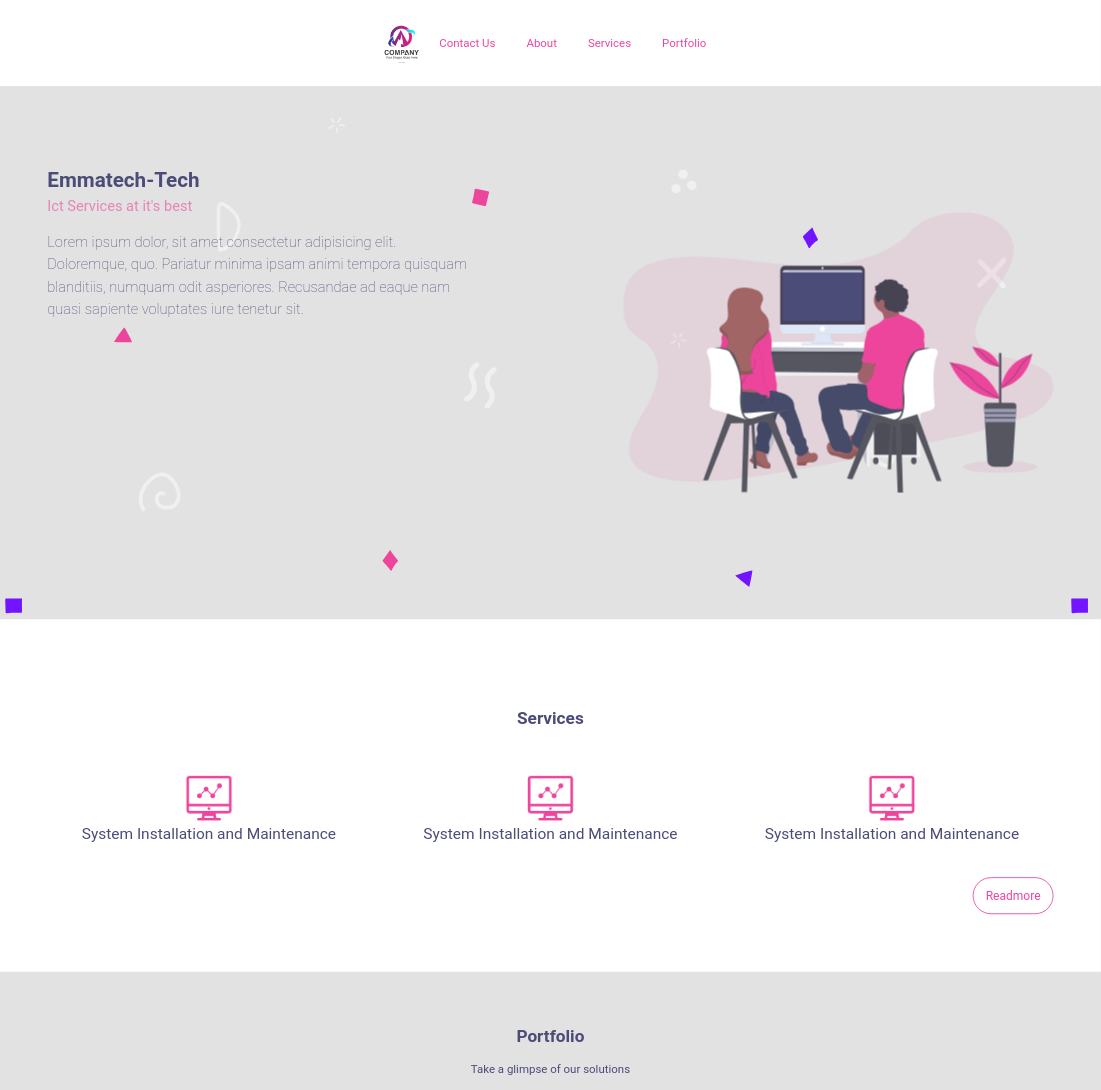
Repository: wisdomspine/emmatech-website
Page: index.html
These files come from the project's save history. The page is drawn as it stood at one moment and after the next save; the edit follows.
The browser window is 1280 px wide. The pictures show the part of the page from y = 0 to 1268 px (the page is 1582 px tall), at 86% of full size.
A picture or video elsewhere on the page could not be fetched, so the positions and the page height are approximate.

Above is the page before, as saved 2020-10-28 10:25:29.

### index.html
<!DOCTYPE html>
<html lang="en">

<head>
    <meta charset="UTF-8">
    <meta name="viewport" content="width=device-width, initial-scale=1.0 max-scale=1.0">
    <title>Emmatech ICT</title>
    <link rel="stylesheet" href="./assets/styles/styles.css">
    <link rel="stylesheet" href="./assets/styles/home-slide.css">
    <link rel="stylesheet" href="./assets/styles/index.css">
</head>

<body>
    <header class="header">
        <div class="container">
            <img src="./assets/images/logo.png" alt="">
            <nav>
                <ul>
                    <li>
                        <a href="#">Contact Us</a>
                    </li>
                    <li>
                        <a href="#">About</a>
                    </li>
                    <li>
                        <a href="#">Services</a>
                    </li>
                    <li>
                        <a href="#">Portfolio</a>
                    </li>
                </ul>
            </nav>
        </div>
    </header>

    <section class="home-slide">
        <div>
            <div class="container">
                <article>
                    <header>
                        <h1>Emmatech-Tech</h1>
                        <h2>Ict Services at it's best</h2>
                    </header>
                    <p>
                        Lorem ipsum dolor, sit amet consectetur adipisicing elit. Doloremque, quo. Pariatur minima ipsam
                        animi tempora quisquam blanditiis, numquam odit asperiores. Recusandae ad eaque nam quasi
                        sapiente voluptates iure tenetur sit.

                    </p>
                </article>
                <img src="./assets/images/slide/slide1.svg" alt="">
            </div>
        </div>
        <div>
            <div class="container">
                <article>
                    <header>
                        <h1>Emmatech-Tech</h1>
                        <h2>Ict Services at it's peak</h2>
                    </header>
                    <p>
                        Lorem ipsum dolor, sit amet consectetur adipisicing elit. Doloremque, quo. Pariatur minima ipsam
                        animi tempora quisquam blanditiis, numquam odit asperiores. Recusandae ad eaque nam quasi
                        sapiente voluptates iure tenetur sit.

                    </p>
                </article>
                <div>
                    <img src="./assets/images/slide/slide2.svg" alt="">
                </div>
            </div>
        </div>
        <div>
            <div class="container">
                <article>
                    <header>
                        <h1>Emmatech-Tech</h1>
                        <h2>Ict Services at it's great</h2>
                    </header>
                    <p>
                        Lorem ipsum dolor, sit amet consectetur adipisicing elit. Doloremque, quo. Pariatur minima ipsam
                        animi tempora quisquam blanditiis, numquam odit asperiores. Recusandae ad eaque nam quasi
                        sapiente voluptates iure tenetur sit.

                    </p>
                </article>
                <div>
                    <img src="./assets/images/slide/slide3.svg" alt="">
                </div>
            </div>
        </div>
    </section>
    <section class="service-section">
        <div class="container">
            <h2 class="text-center">
                Services
            </h2>
            <div class="home-services">
                <figure>
                    <img src="./assets/images/systme-installation.png" alt="">
                    <figcaption>
                        System Installation and Maintenance
                    </figcaption>
                </figure>
                <figure>
                    <img src="./assets/images/systme-installation.png" alt="">
                    <figcaption>
                        System Installation and Maintenance
                    </figcaption>
                </figure>
                <figure>
                    <img src="./assets/images/systme-installation.png" alt="">
                    <figcaption>
                        System Installation and Maintenance
                    </figcaption>
                </figure>
            </div>

            <a href="#" class="button outline accent readmore">
                Readmore
            </a>
        </div>
    </section>
    <section class="home-portfolio">
        <div class="container">
            <header>
                <h2 class="text-center">
                    Portfolio
                </h2>
                <p class="text-center">
                    Take a glimpse of our solutions
                </p>
            </header>
            <div class="content">
                <figure>
                    <img src="https://images.unsplash.com/photo-1557597774-9d273605dfa9?ixlib=rb-1.2.1&ixid=eyJhcHBfaWQiOjEyMDd9&auto=format&fit=crop&w=500&q=80&h=500"
                        alt="">
                    <figcaption>
                        <h3>Installation of CCTV cameras in TA'AL E-Library</h3>
                        <a href="#" class="button filled accent">View Case</a>
                    </figcaption>
                </figure>
                <figure>
                    <img src="https://images.unsplash.com/photo-1557597774-9d273605dfa9?ixlib=rb-1.2.1&ixid=eyJhcHBfaWQiOjEyMDd9&auto=format&fit=crop&w=500&q=80&h=500"
                        alt="">
                    <figcaption>
                        <h3>Installation of CCTV cameras in TA'AL E-Library</h3>
                        <a href="#" class="button filled accent">View Case</a>
                    </figcaption>
                </figure>
                <figure>
                    <img src="https://images.unsplash.com/photo-1557597774-9d273605dfa9?ixlib=rb-1.2.1&ixid=eyJhcHBfaWQiOjEyMDd9&auto=format&fit=crop&w=500&q=80&h=500"
                        alt="">
                    <figcaption>
                        <h3>Installation of CCTV cameras in TA'AL E-Library</h3>
                        <a href="#" class="button filled accent">View Case</a>
                    </figcaption>
                </figure>
                <figure>
                    <img src="https://images.unsplash.com/photo-1557597774-9d273605dfa9?ixlib=rb-1.2.1&ixid=eyJhcHBfaWQiOjEyMDd9&auto=format&fit=crop&w=500&q=80&h=500"
                        alt="">
                    <figcaption>
                        <h3>Installation of CCTV cameras in TA'AL E-Library</h3>
                        <a href="#" class="button filled accent">View Case</a>
                    </figcaption>
                </figure>
            </div>
        </div>
    </section>
</body>
<script>
    const divs = document.querySelectorAll(".home-slide > div");
    let current = 0;
    divs.forEach(e => {
        e.style.display = "none";
    })
    divs[(current++) % divs.length].style.display = "block";
    setInterval(function () {
        divs.forEach(e => {
            e.style.display = "none";
        })
        divs[(current++) % divs.length].style.display = "block";
    }, 10000)
</script>

</html>

### assets/styles/styles.css
@import "./preset.css";
@import "./page-header.css";

.container {
  max-width: 1170px;
  margin-left: auto;
  margin-right: auto;
}

.text-center{
  text-align: center;
}

.button{
  font-size: 14px;
  line-height: 21px;
  padding: 10px  14px;
  border-radius: 100px;
}

.button.filled.accent{
  background-color: var(--accent-color);
  color: white;
}

.button.outline.accent{
  border-color: var(--accent-color);
  border-width: 1px;
  border-style: solid;
  color: var(--accent-color);
}

### assets/styles/home-slide.css
@import "./variables.css";

@keyframes slide-article {
  0% {
    opacity: 0;
    position: relative;
    top: -90px;
    left: -150px;
  }

  5.5% {
    opacity: 1;
    position: relative;
    top: 0px;
    left: 0px;
  }

  90.8% {
    opacity: 1;
    position: relative;
    top: 0px;
    left: 0px;
  }

  100% {
    opacity: 0;
    position: relative;
    top: 90px;
    left: -150px;
  }
}

@keyframes slide-img {
  0% {
    opacity: 0;
    position: relative;
    top: 350px;
  }

  5.5% {
    opacity: 1;
    position: relative;
    top: 0px;
  }

  90.8% {
    opacity: 1;
    position: relative;
    top: 0px;
  }

  100% {
    opacity: 0;
    position: relative;
    top: 350px;
  }
}


.home-slide {
  height: calc(100vh - var(--header-height));
  overflow: hidden;
  background: url("../images/Confetti-Doodles.svg");
  background-size: contain;
}

.home-slide>div {
  height: 100%;
}

.home-slide>div .container {
  height: 100%;
}

.home-slide .container {
  display: flex;
  flex-flow: row nowrap;
  align-items: center;
  justify-content: space-between;
}

.home-slide .container img {
  max-width: 500px;
  animation-name: slide-img;
  animation-duration: var(--slide-animation-duration);
}

.home-slide .container article {
  max-width: 500px;
  align-self: flex-start;
  margin-top: 70px;
}

.home-slide .container article h1 {
  font-size: 24px;
  margin-bottom: 0px;
}

.home-slide .container article h2 {
  margin-top: 0px;
  opacity: 0.6;
  font-weight: 400;
  font-size: 17px;
  color: var(--accent-link-color);
}

.home-slide .container article {}

.home-slide .container article:not(:hover) {
  animation-name: slide-article;
  animation-duration: var(--slide-animation-duration);
}

.home-slide .container article p {
  font-size: 17px;
  font-weight: lighter;
  line-height: 26px;
}

### assets/styles/index.css
@import "./variables.css";

.service-section{
    background-color:white;
    padding-top: 84px;
    padding-bottom: 134px;
}

.home-services{
    display: flex;
    flex-flow: row nowrap;
    justify-content: space-between;
    align-items: flex-start;
    margin-top: 30px;;
}

.home-services figure{
    display: flex;
    flex-flow: column nowrap;
    align-items: center;
}

.home-services figure figcaption{
    font-size: 18px;
    line-height: 27px;
}

.service-section .readmore{
    float: right;
    margin-top: 24px;
}

.home-portfolio .content{
    display: flex;
    flex-direction: row;
    flex-wrap: nowrap;
    justify-content: space-between;
    overflow-x: hidden;
    height: 250px;
    margin-left: -20px;
}
.home-portfolio .content figure{
    height: 100%;
    position: relative;
    margin: 0px;
    margin-left: 30px;
}

.home-portfolio .content figure img{
    max-height: 100%;
}

.home-portfolio {
    padding-top: 44px;
    padding-bottom: 44px;
    background: linear-gradient(bottom, white, red);
}

.home-portfolio header>p{
    margin-bottom: 34px;
}

.home-portfolio .content figure figcaption{
    height: 100%;
    position: absolute;
    top: 0;
    display: flex;
    flex-flow: column;
    flex-wrap: nowrap;
    justify-content: center;
    padding: 14px;
    backdrop-filter: brightness(40%);
    align-items: center;

}

.home-portfolio .content figure figcaption h3{
    color: #ffffff;
    text-align: center;
    line-height: 1.8;
}

### assets/styles/preset.css
/* @font-face {
  font-family: "Roboto";
  src: "../fonts/Roboto /Roboto-Regular.ttf";
} */
@import "./variables.css";

* {
  box-sizing: border-box;
  text-rendering: optimizeLegibility;
  -webkit-font-smoothing: antialiased;
  -moz-osx-font-smoothing: grayscale;
  font-kerning: auto;
  color: var(--text-color);
}

html {
  font-size: 10pt;
  line-height: 1.4;
  font-weight: 400;
  font-family: "Roboto";
  -webkit-text-size-adjust: 100%;
}

body {
  margin: 0;
  background-color: var(--bg-color);
}

a,
a:hover,
a:active,
a:focus {
  text-decoration: none;
}

### assets/styles/page-header.css
@import "./variables.css";
.header {
  display: flex;
  flex-flow: row nowrap;
  justify-content: space-between;
  padding: var(--padding-large);
  height: var(--header-height);
  overflow: hidden;
  background-color: var(--card-color);
}

.header .container {
  display: flex;
  flex-flow: row nowrap;
  justify-content: space-between;
}

.header img {
  display: inline-block;
  height: 100%;
}

.header nav ul {
  list-style: none;
  display: flex;
  flex-flow: row nowrap;
  padding: 0;
  margin: 0;
}

.header nav ul li {
  padding: var(--padding-mid);
}

.header nav ul a {
  color: var(--accent-link-color);
}
.header nav ul a:hover {
  opacity: 0.9;
}

### assets/styles/variables.css
:root {
  --bg-color: #e1e2e1;
  --padding-large: 24px;
  --padding-mid: 18px;
  --header-height: 100px;
  --card-color: #ffffff;
  --accent-link-color: #ed459c;
  --accent-color: #ed459c;

  --text-color: #4C4C78;
  --slide-animation-duration: 10s;
}

Loaded but not shown: assets/images/slide/slide1.svg (1 lines, source omitted)

After the next save:
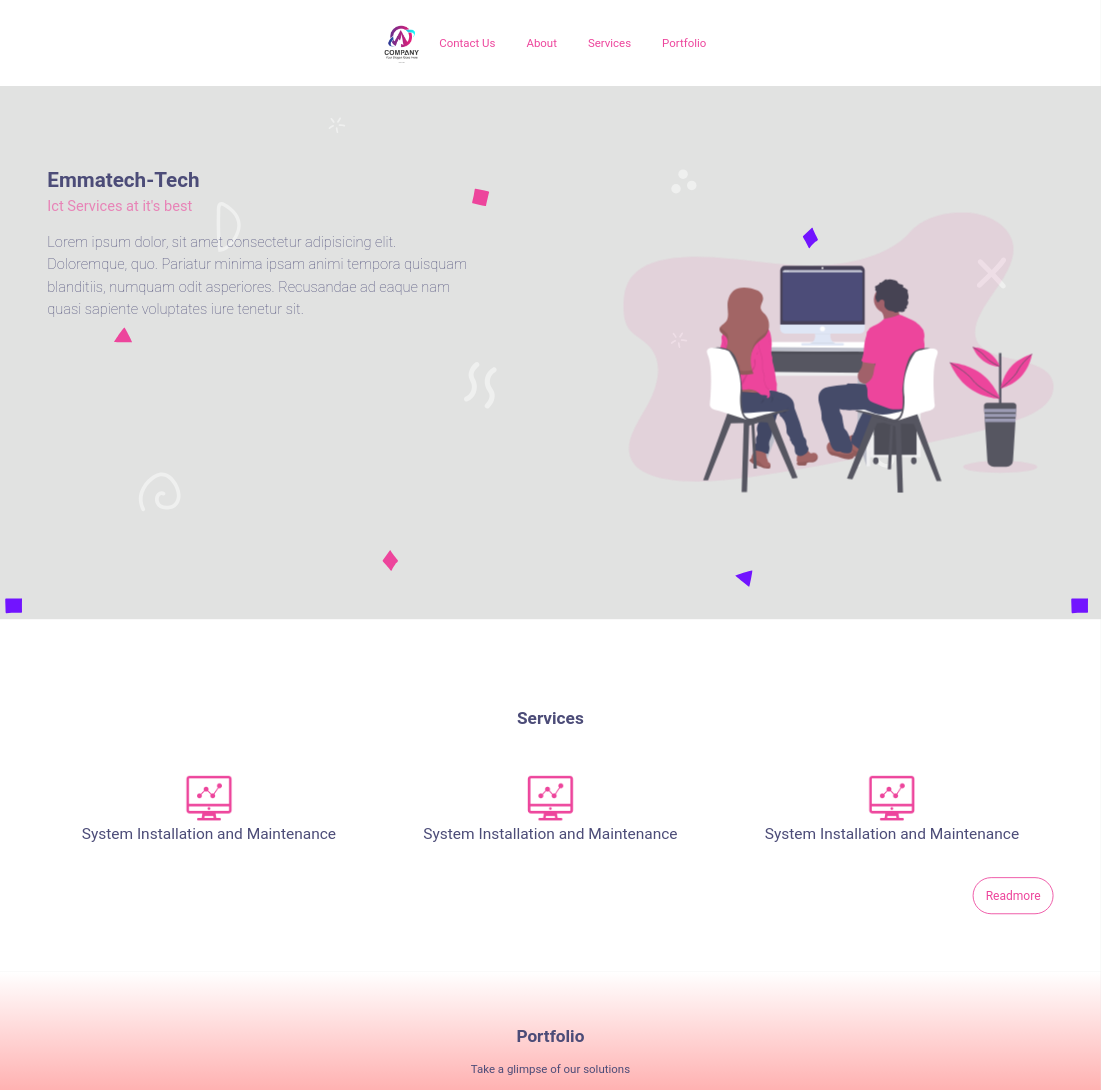
Saved 53 s later.
--- a/assets/styles/index.css
+++ b/assets/styles/index.css
@@ -53,7 +53,7 @@
 .home-portfolio {
     padding-top: 44px;
     padding-bottom: 44px;
-    background: linear-gradient(bottom, white, red);
+    background: linear-gradient(to bottom, white, red);
 }
 
 .home-portfolio header>p{
